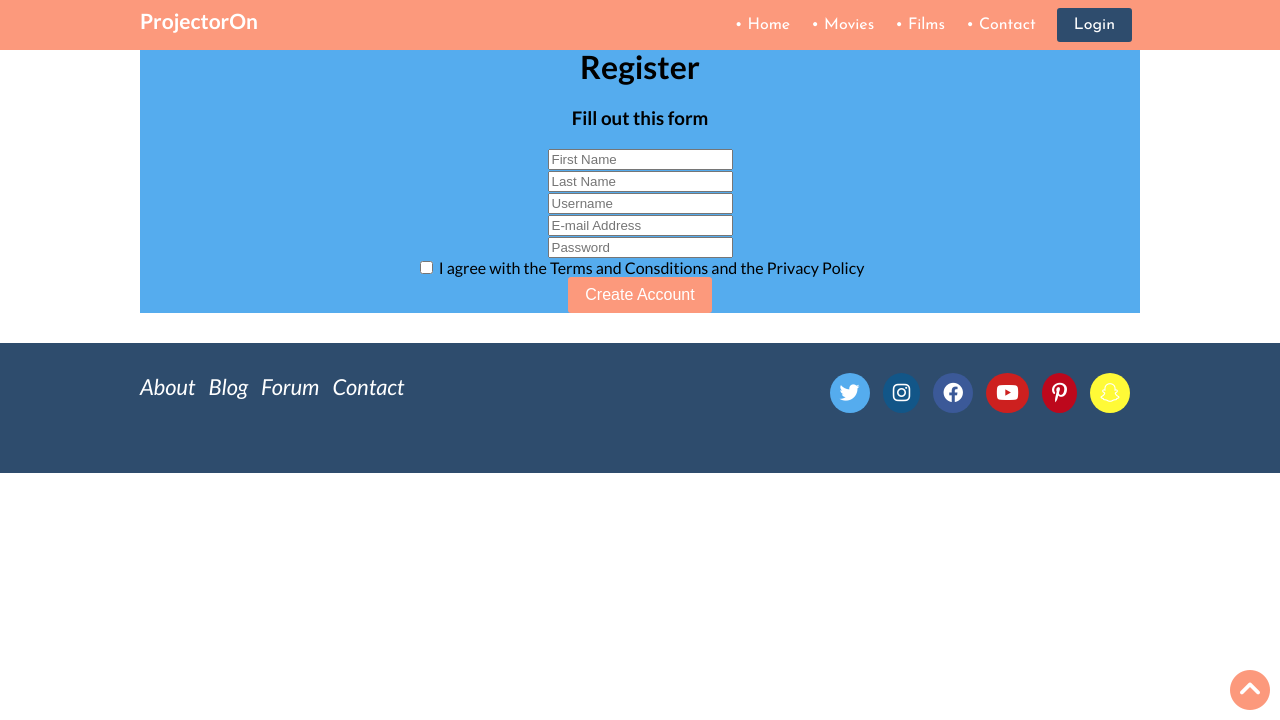
Repository: albayrakfatih/ProjectorOn_WebMovieApp
Page: register.html
An editor plug-in stored every save of this project. The page is shown before and after a run of saves, followed by the edit.
The browser window is 1280 px wide. The pictures show the whole page.
Some web libraries are served in a nearby version.

Above is the page before, as saved 2023-04-30 01:46:08.

After the next 2 saves:
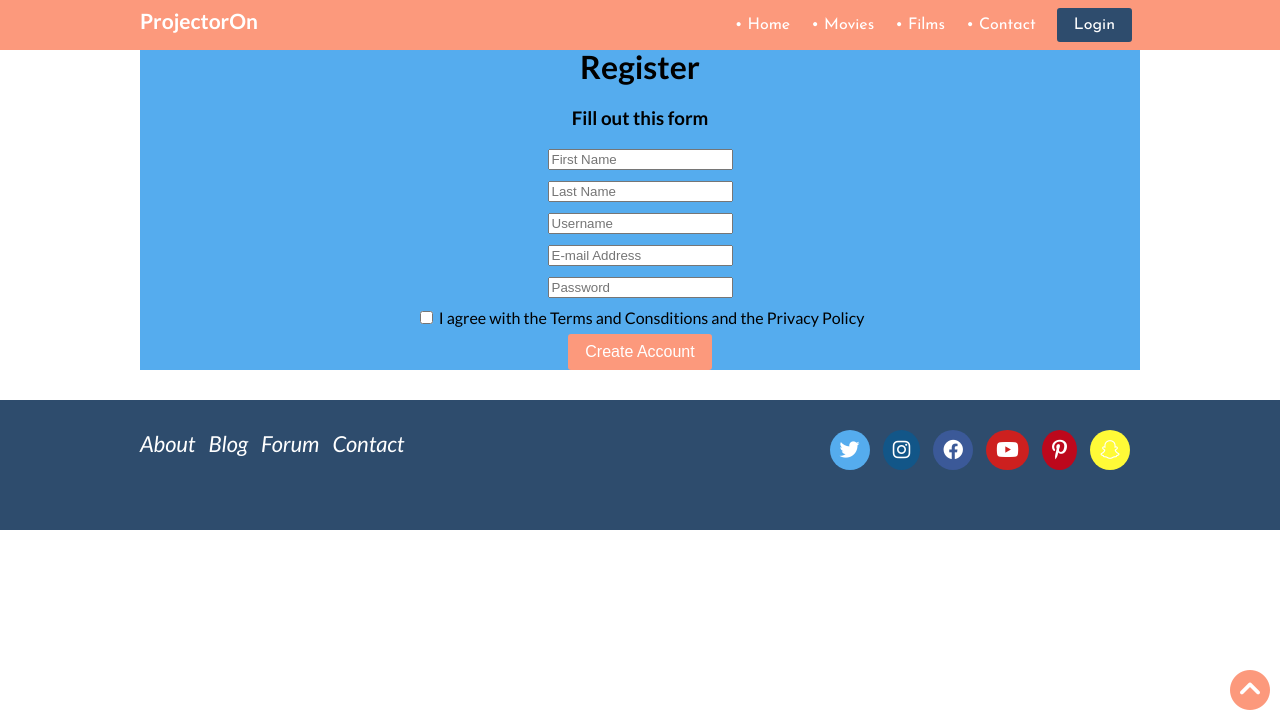
The 2 saves are shown as one change because they came seconds apart.
The last was saved 15 s later.
--- a/css/styles.css
+++ b/css/styles.css
@@ -391,5 +391,5 @@ footer ul li {
     text-align: center;
 }
 .signup-form input {
-    margin
-}
+    margin-bottom: 10px;
+}
